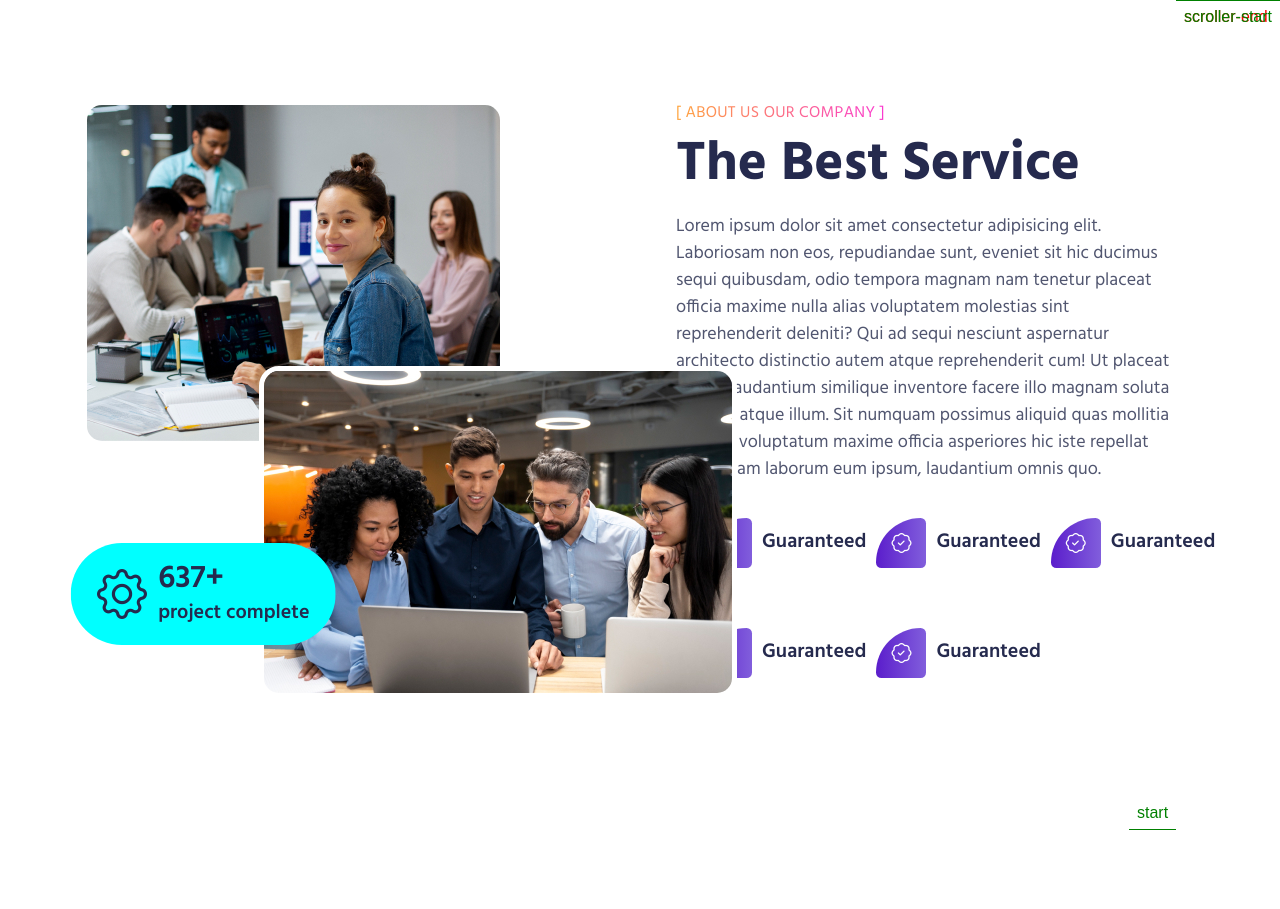
Repository: tagnam/mirehel2.0
Page: about.html
These files come from the project's save history. The page is drawn as it stood at one moment and after the next save; the edit follows.
The browser window is 1280 px wide. The pictures show the part of the page from y = 0 to 909 px (the page is 3137 px tall).
A picture or video elsewhere on the page could not be fetched, so the positions and the page height are approximate. Some web libraries are served in a nearby version.

Above is the page before, as saved 2025-02-03 13:44:12.

### about.html
<!DOCTYPE html>
<html lang="en">
<head>
    <meta charset="UTF-8">
    <meta name="viewport" content="width=device-width, initial-scale=1.0">
    <title>about</title>
    <link href="https://cdn.jsdelivr.net/npm/bootstrap@5.0.2/dist/css/bootstrap.min.css" rel="stylesheet" integrity="sha384-EVSTQN3/azprG1Anm3QDgpJLIm9Nao0Yz1ztcQTwFspd3yD65VohhpuuCOmLASjC" crossorigin="anonymous">
    <link rel="stylesheet" href="style/css/animation.css">
    <link rel="stylesheet" href="style/css/style.css">
    <link rel="stylesheet" href="style/css/animation.css">
</head>
<body>
<!--======================================== about section ==================================== -->


<section>
    <div class="container">
        <div class="row">
            <div class="col-lg-6">
                <div class="about-left">
                    <figure class="about-img-container">
                        <img class="about-img-001 A-image01" src="images/about-img-1.jpg" alt="">
                        <img class="about-img-001 A-image02" src="images/about-img-2.jpg" alt="">
                    </figure>
                    <div class="project-counter">
                        <div class="project-icon">
                            <i class="bi bi-gear"></i>
                        </div>
                        <div class="project-number">
                            <h2>637+</h2>
                            <p> project complete </p>
                        </div>

                    </div>

                </div>
            </div>
            <div class="col-lg-6">
                <div class="container-fluid " style="margin-bottom: 20px;">


                            <h3 class="sub-heading">[ about us our company ]</h3>
                            <h1 class="title">The Best Service</h1>


                            <div class="about-text">
                                <p>Lorem ipsum dolor sit amet consectetur adipisicing elit. Laboriosam non eos, repudiandae sunt, eveniet sit hic ducimus sequi quibusdam, odio tempora magnam nam tenetur placeat officia maxime nulla alias voluptatem molestias sint reprehenderit deleniti? Qui ad sequi nesciunt aspernatur architecto distinctio autem atque reprehenderit cum! Ut placeat itaque laudantium similique inventore facere illo magnam soluta quis ab, atque illum. Sit numquam possimus aliquid quas mollitia suscipit voluptatum maxime officia asperiores hic iste repellat laboriosam laborum eum ipsum, laudantium omnis quo.</p>

                        </div>
                    </div>
                    <div class="about-right-container">
                        <ul class="about-list">
                            <li class="about-list-item">
                                <div class="col-lg-2 about-icon"><i class="bi bi-patch-check"></i></div>
                                <div class="col-lg-10">
                                    <div class="about-list-title"> Guaranteed</div>

                                </div>
                            </li>

                            <li class="about-list-item">
                                <div class="col-lg-2 about-icon"><i class="bi bi-patch-check"></i></div>
                                <div class="col-lg-10">
                                    <div class="about-list-title">Guaranteed</div>

                                </div>
                            </li>
                            <li class="about-list-item">
                                <div class="col-lg-2 about-icon"><i class="bi bi-patch-check"></i></div>
                                <div class="col-lg-10">
                                    <div class="about-list-title">Guaranteed</div>

                                </div>
                            </li>
                            <li class="about-list-item">
                                <div class="col-lg-2 about-icon"><i class="bi bi-patch-check"></i></div>
                                <div class="col-lg-10">
                                    <div class="about-list-title">Guaranteed</div>

                                </div>
                            </li>
                            <li class="about-list-item">
                                <div class="col-lg-2 about-icon"><i class="bi bi-patch-check"></i></div>
                                <div class="col-lg-10">
                                    <div class="about-list-title">Guaranteed</div>

                                </div>
                            </li>
                        </ul>
                </div>
                </div>

            </div>
        </div>
    </div>
</section>

<!--======================================== end about section ==================================== -->

<div class="clearfix"></div>
<!--========================================  service section ==================================== -->

<section class="service-section" >
    <div class="container service-container">
        <div class="row">
            <div class="col-lg-6 service-left">
                <div class="container-fluid " style="margin-bottom: 20px;">


                    <h3 class="sub-heading">[  our service ]</h3>
                    <h1 class="title">The Best Service</h1>


                    <div class="about-text">
                        <p>Lorem ipsum dolor sit amet consectetur adipisicing elit. Laboriosam non eos, repudiandae sunt, eveniet sit hic ducimus sequi quibusdam, odio tempora magnam nam tenetur placeat officia maxime nulla alias voluptatem molestias sint reprehenderit deleniti? Qui ad sequi nesciunt aspernatur architecto distinctio autem atque reprehenderit cum! Ut placeat itaque laudantium similique inventore facere illo magnam soluta quis ab, atque illum. Sit numquam possimus aliquid quas mollitia suscipit voluptatum maxime officia asperiores hic iste repellat laboriosam laborum eum ipsum, laudantium omnis quo.</p>
                </div>
            </div>
            </div>

            <div class="col-lg-6 service-right">
                <div class="card mb-3" style="max-width: 540px;">
                    <div class="row g-0">
                      <div class="col-md-4">
                        <img src="..." class="img-fluid rounded-start" alt="...">
                      </div>
                      <div class="col-md-8">
                        <div class="card-body">
                          <h5 class="card-title">Card title</h5>
                          <p class="card-text">This is a wider card with supporting text below as a natural lead-in to additional content. This content is a little bit longer.</p>
                          <p class="card-text"><small class="text-muted">Last updated 3 mins ago</small></p>
                        </div>
                      </div>
                    </div>
                  </div>
                  <div class="card mb-3" style="max-width: 540px;">
                    <div class="row g-0">
                      <div class="col-md-4">
                        <img src="..." class="img-fluid rounded-start" alt="...">
                      </div>
                      <div class="col-md-8">
                        <div class="card-body">
                          <h5 class="card-title">Card title</h5>
                          <p class="card-text">This is a wider card with supporting text below as a natural lead-in to additional content. This content is a little bit longer.</p>
                          <p class="card-text"><small class="text-muted">Last updated 3 mins ago</small></p>
                        </div>
                      </div>
                    </div>
                  </div>
                  <div class="card mb-3" style="max-width: 540px;">
                    <div class="row g-0">
                      <div class="col-md-4">
                        <img src="..." class="img-fluid rounded-start" alt="...">
                      </div>
                      <div class="col-md-8">
                        <div class="card-body">
                          <h5 class="card-title">Card title</h5>
                          <p class="card-text">This is a wider card with supporting text below as a natural lead-in to additional content. This content is a little bit longer.</p>
                          <p class="card-text"><small class="text-muted">Last updated 3 mins ago</small></p>
                        </div>
                      </div>
                    </div>
                  </div>
                  <div class="card mb-3" style="max-width: 540px;">
                    <div class="row g-0">
                      <div class="col-md-4">
                        <img src="..." class="img-fluid rounded-start" alt="...">
                      </div>
                      <div class="col-md-8">
                        <div class="card-body">
                          <h5 class="card-title">Card title</h5>
                          <p class="card-text">This is a wider card with supporting text below as a natural lead-in to additional content. This content is a little bit longer.</p>
                          <p class="card-text"><small class="text-muted">Last updated 3 mins ago</small></p>
                        </div>
                      </div>
                    </div>
                  </div>
                  <div class="card mb-3" style="max-width: 540px;">
                    <div class="row g-0">
                      <div class="col-md-4">
                        <img src="..." class="img-fluid rounded-start" alt="...">
                      </div>
                      <div class="col-md-8">
                        <div class="card-body">
                          <h5 class="card-title">Card title</h5>
                          <p class="card-text">This is a wider card with supporting text below as a natural lead-in to additional content. This content is a little bit longer.</p>
                          <p class="card-text"><small class="text-muted">Last updated 3 mins ago</small></p>
                        </div>
                      </div>
                    </div>
                  </div>
                  <div class="card mb-3" style="max-width: 540px;">
                    <div class="row g-0">
                      <div class="col-md-4">
                        <img src="..." class="img-fluid rounded-start" alt="...">
                      </div>
                      <div class="col-md-8">
                        <div class="card-body">
                          <h5 class="card-title">Card title</h5>
                          <p class="card-text">This is a wider card with supporting text below as a natural lead-in to additional content. This content is a little bit longer.</p>
                          <p class="card-text"><small class="text-muted">Last updated 3 mins ago</small></p>
                        </div>
                      </div>
                    </div>
                  </div>
                  <div class="card mb-3" style="max-width: 540px;">
                    <div class="row g-0">
                      <div class="col-md-4">
                        <img src="..." class="img-fluid rounded-start" alt="...">
                      </div>
                      <div class="col-md-8">
                        <div class="card-body">
                          <h5 class="card-title">Card title</h5>
                          <p class="card-text">This is a wider card with supporting text below as a natural lead-in to additional content. This content is a little bit longer.</p>
                          <p class="card-text"><small class="text-muted">Last updated 3 mins ago</small></p>
                        </div>
                      </div>
                    </div>
                  </div>
                  <div class="card mb-3" style="max-width: 540px;">
                    <div class="row g-0">
                      <div class="col-md-4">
                        <img src="..." class="img-fluid rounded-start" alt="...">
                      </div>
                      <div class="col-md-8">
                        <div class="card-body">
                          <h5 class="card-title">Card title</h5>
                          <p class="card-text">This is a wider card with supporting text below as a natural lead-in to additional content. This content is a little bit longer.</p>
                          <p class="card-text"><small class="text-muted">Last updated 3 mins ago</small></p>
                        </div>
                      </div>
                    </div>
                  </div>
            </div>
        </div>
    </div>

</section>
<!--======================================== end service section ==================================== -->





<!--===================================== project section start========================================-->
<div class="project-section">
    <div class="container" >
        <div class="your-class row">
            <div class=" col project-card">
                <div class="project-img">
                    <img src="images/elearning-08.jpg"  alt="" class="img-fluid project-img">
                </div>
                <div class="project-content">
                    <h3>Project Title</h3>
                    <p>Lorem ipsum dolor sit amet consectetur adipisicing elit. Quisquam, quidem.</p>
                </div>
            </div>
            <div class="col project-card">
                <div class="project-img">
                    <img src="images/elearning-08.jpg" alt="" class="img-fluid project-img">
                </div>
                <div class="project-content">
                    <h3>Project Title</h3>
                    <p>Lorem ipsum dolor sit amet consectetur adipisicing elit. Quisquam, quidem.</p>
                </div>
            </div>
            <div class="col project-card">
                <div class="project-img">
                    <img src="images/elearning-08.jpg" alt="" class="img-fluid project-img">
                </div>
                <div class="project-content">
                    <h3>Project Title</h3>
                    <p>Lorem ipsum dolor sit amet consectetur adipisicing elit. Quisquam, quidem.</p>
                </div>
            </div>


    </div>
</div>

<!--===================================== projret section end ========================================-->

    <script src="https://cdn.jsdelivr.net/npm/bootstrap@5.0.2/dist/js/bootstrap.bundle.min.js" integrity="sha384-MrcW6ZMFYlzcLA8Nl+NtUVF0sA7MsXsP1UyJoMp4YLEuNSfAP+JcXn/tWtIaxVXM" crossorigin="anonymous"></script>
    <script src="https://cdn.jsdelivr.net/npm/@popperjs/core@2.9.2/dist/umd/popper.min.js" integrity="sha384-IQsoLXl5PILFhosVNubq5LC7Qb9DXgDA9i+tQ8Zj3iwWAwPtgFTxbJ8NT4GN1R8p" crossorigin="anonymous"></script>
    <script src="https://cdn.jsdelivr.net/npm/bootstrap@5.0.2/dist/js/bootstrap.min.js" integrity="sha384-cVKIPhGWiC2Al4u+LWgxfKTRIcfu0JTxR+EQDz/bgldoEyl4H0zUF0QKbrJ0EcQF" crossorigin="anonymous"></script>
    <script src="https://cdnjs.cloudflare.com/ajax/libs/gsap/3.12.5/gsap.min.js" integrity="sha512-7eHRwcbYkK4d9g/6tD/mhkf++eoTHwpNM9woBxtPUBWm67zeAfFC+HrdoE2GanKeocly/VxeLvIqwvCdk7qScg==" crossorigin="anonymous" referrerpolicy="no-referrer"></script>
    <script src="https://cdnjs.cloudflare.com/ajax/libs/gsap/3.12.5/ScrollTrigger.min.js" integrity="sha512-onMTRKJBKz8M1TnqqDuGBlowlH0ohFzMXYRNebz+yOcc5TQr/zAKsthzhuv0hiyUKEiQEQXEynnXCvNTOk50dg==" crossorigin="anonymous" referrerpolicy="no-referrer"></script>

    <script>
        gsap.registerPlugin(ScrollTrigger);

        gsap.to(".service-left", {
            scrollTrigger: {
                trigger: ".service-section",
                start: "top top", // Ensures the section is fully visible before pinning
                end: "70% top",
                pin: ".service-left",
                // pinSpacing: true, // Prevents overlapping
                scrub: 1,
                markers: true
            }
        });

</script>





</body>
</html>

### style/css/animation.css

@keyframes boxmove{
    50% {
        transform: translateX(-20%);
    }
}

Loaded but not shown: style/css/style.css (495 lines, source omitted)

After the next save:
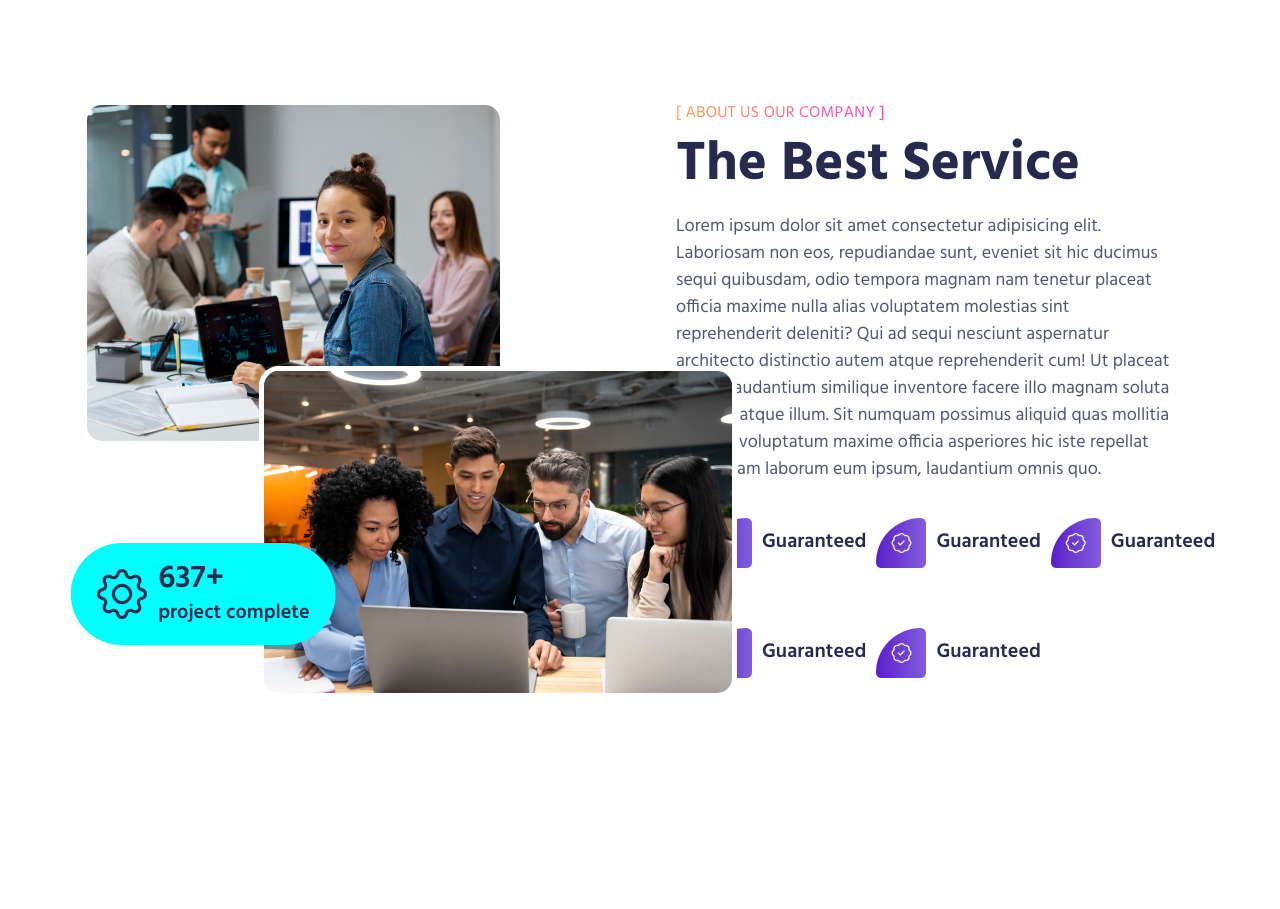
Saved 6 s later.
--- a/about.html
+++ b/about.html
@@ -296,7 +296,7 @@
                 pin: ".service-left",
                 // pinSpacing: true, // Prevents overlapping
                 scrub: 1,
-                markers: true
+                // markers: true
             }
         });
 
